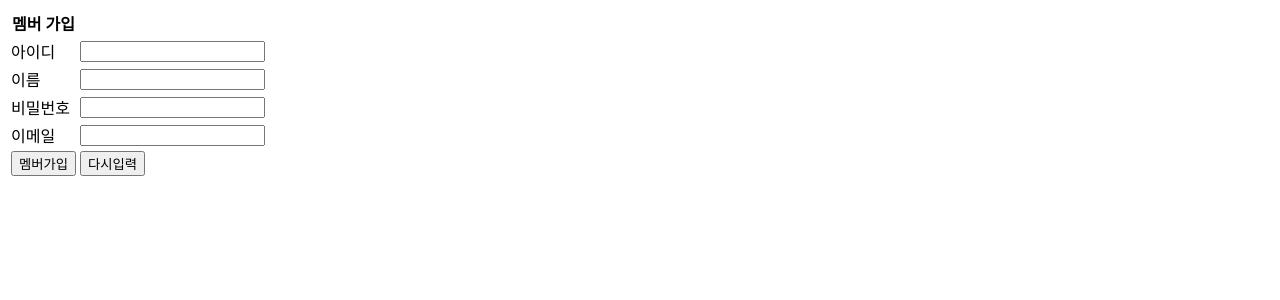
Repository: jsb5589/JAVAStudy
Page: EZWebs/JSP03/src/main/webapp/members/memberForm2.html
An editor plug-in stored every save of this project. The page is shown before and after the next save, followed by the edit.
The browser window is 1280 px wide. The pictures show the whole page.

Above is the page before, as saved 2021-08-12 02:38:46.

After the next save:
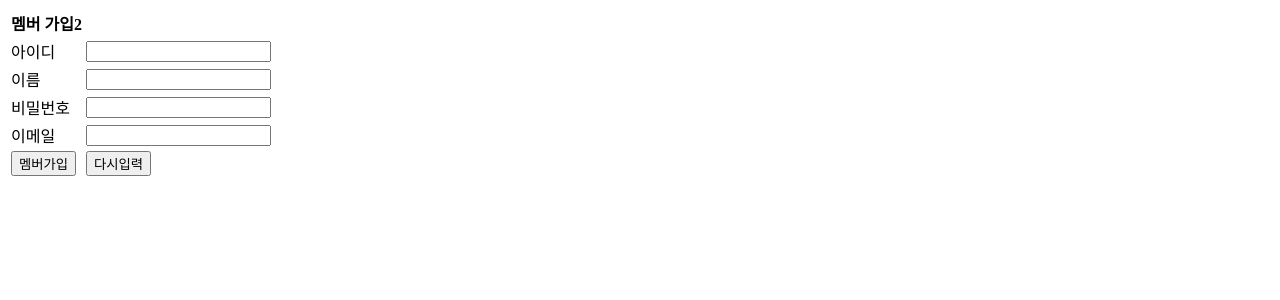
Saved 1 s later.
--- a/EZWebs/JSP03/src/main/webapp/members/memberForm2.html
+++ b/EZWebs/JSP03/src/main/webapp/members/memberForm2.html
@@ -7,7 +7,7 @@
 <body>
 	<form name="member" method="post" action="member2.jsp">
 		<table>
-			<th>멤버 가입</th>
+			<th>멤버 가입2</th>
 			<tr>
 				<td>아이디</td>
 				<td><input type="text" name="mid"></td>
